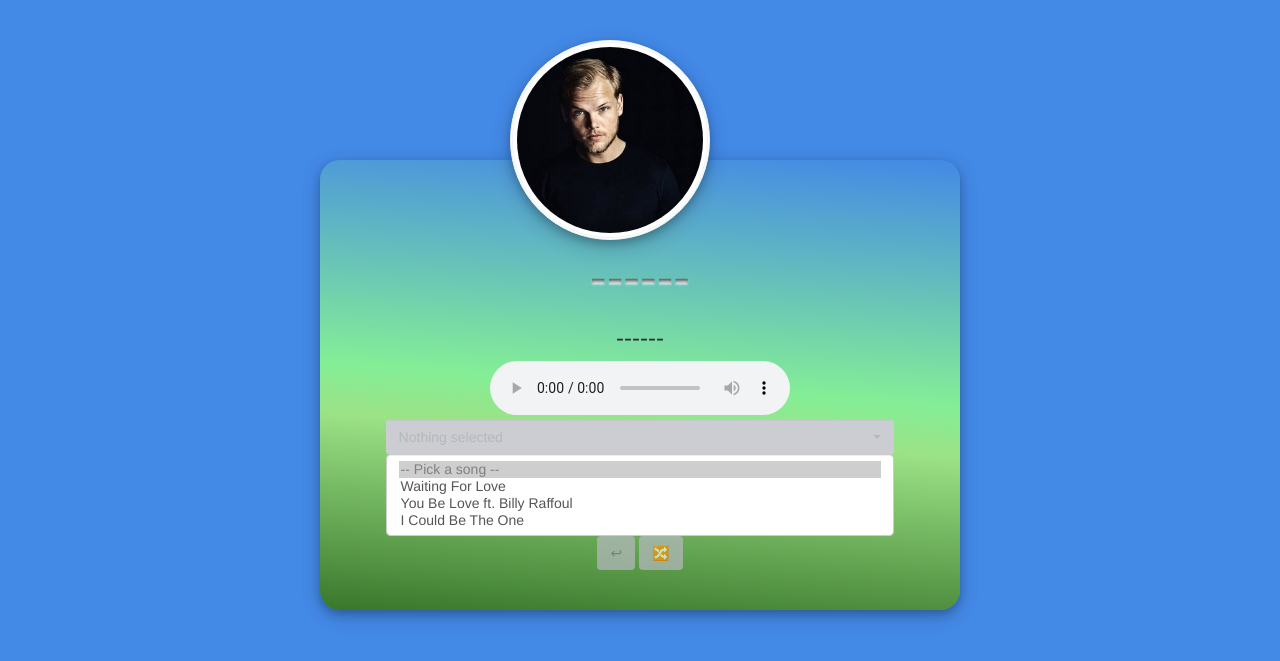
Repository: StanRodriguez/musicplayer
Page: index.html
The author's editor kept a record of every edit. The page is drawn from the files as they stood at one moment, then again after the next edit.
The browser window is 1280 px wide. The pictures show the whole page.
Some web libraries are served in a nearby version.

Above is the page before.

After the next edit:
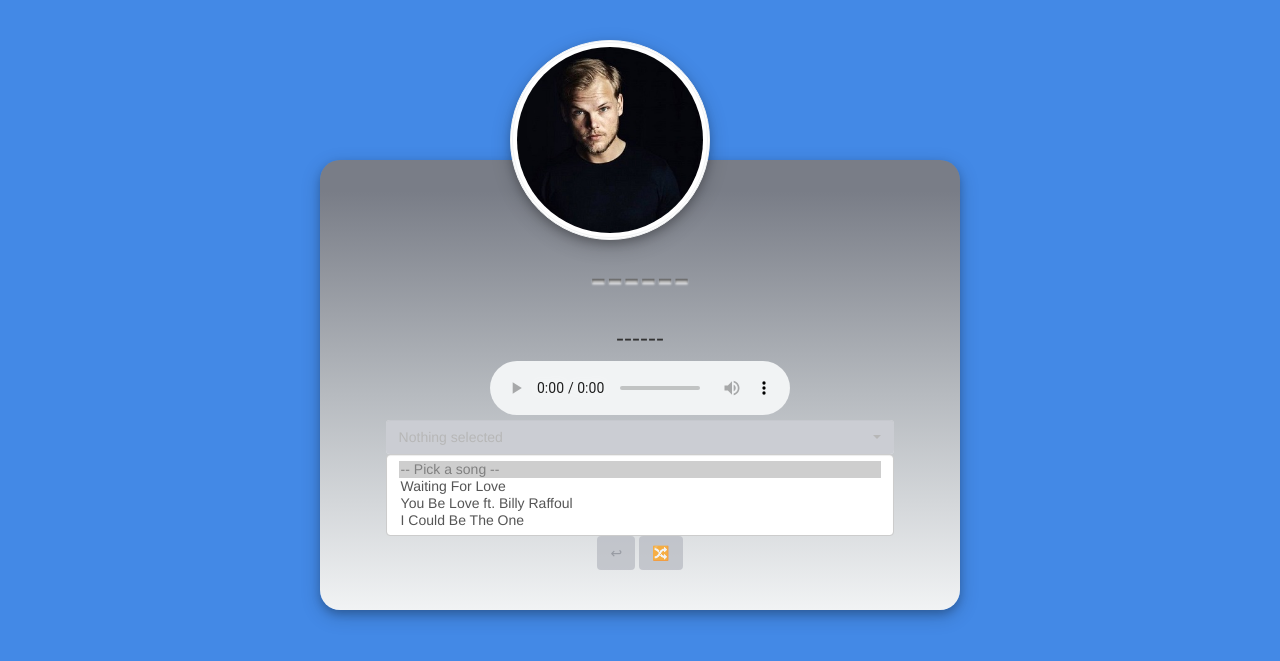
The edit:
--- a/css/main.css
+++ b/css/main.css
@@ -11,8 +11,9 @@
 #container {
 	position: absolute;
     /*box-sizing: border-box;*/
-background: rgb(67,137,230);
-background: linear-gradient(184deg, rgba(67,137,230,1) 0%, rgba(132,238,150,1) 50%, rgba(156,226,134,1) 60%, rgba(57,119,43,1) 100%);
+background: rgb(121,125,135);
+background: linear-gradient(180deg, rgba(121,125,135,1) 7%, rgba(182,186,191,1) 52%, rgba(241,243,244,1) 100%);
+
 	width: 50%;
 	height: 450px;
 	top: 50px;
